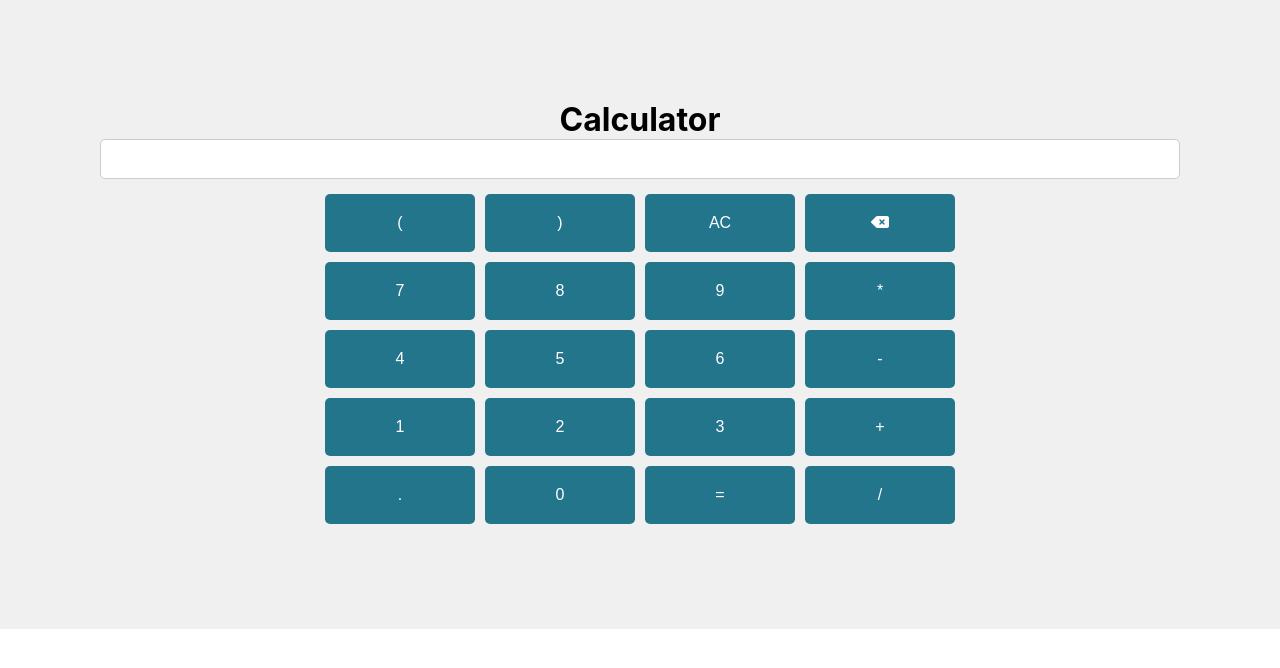
Repository: thesaherriaz/Calculator-React
Page: /
These files come from the project's save history. The page is drawn as it stood at one moment and after the next save; the edit follows.
The browser window is 1280 px wide. The pictures show the whole page.
The project was rebuilt for these pictures with package versions that can differ from the ones it lists, and the page was loaded fresh each time.

Above is the page before, as saved 2025-06-18 15:12:30.

### public/index.html
<!DOCTYPE html>
<html lang="en">
  <head>
    <meta charset="utf-8" />
    <link rel="icon" href="%PUBLIC_URL%/favicon.ico" />
    <meta name="viewport" content="width=device-width, initial-scale=1" />
    <meta name="theme-color" content="#000000" />
    <meta
      name="description"
      content="Web site created using create-react-app"
    />
    <link rel="apple-touch-icon" href="%PUBLIC_URL%/logo192.png" />
    <link rel="stylesheet" href="https://cdnjs.cloudflare.com/ajax/libs/font-awesome/6.0.0/css/all.min.css">
    <!--
      manifest.json provides metadata used when your web app is installed on a
      user's mobile device or desktop. See https://developers.google.com/web/fundamentals/web-app-manifest/
    -->
    <link rel="manifest" href="%PUBLIC_URL%/manifest.json" />
    <!--
      Notice the use of %PUBLIC_URL% in the tags above.
      It will be replaced with the URL of the `public` folder during the build.
      Only files inside the `public` folder can be referenced from the HTML.

      Unlike "/favicon.ico" or "favicon.ico", "%PUBLIC_URL%/favicon.ico" will
      work correctly both with client-side routing and a non-root public URL.
      Learn how to configure a non-root public URL by running `npm run build`.
    -->
    <title>React App</title>
  </head>
  <body>
    <noscript>You need to enable JavaScript to run this app.</noscript>
    <div id="root"></div>
    <!--
      This HTML file is a template.
      If you open it directly in the browser, you will see an empty page.

      You can add webfonts, meta tags, or analytics to this file.
      The build step will place the bundled scripts into the <body> tag.

      To begin the development, run `npm start` or `yarn start`.
      To create a production bundle, use `npm run build` or `yarn build`.
    -->
  </body>
</html>

### src/App.js
import React from 'react'
import Calculator from './compnents/Calculator'

function App() {
  return (
    <Calculator />
  )
}

export default App

### src/compnents/Calculator.jsx
import React from 'react'
import './Calculator.css'
function Calculator() {
  return (
    <>
        <div className="Calculator">
            <h1>Calculator</h1>
            <input className='input-box' type="text" name="input" id="input" />
            <div>
                <button className='btn-cal'>(</button>
                <button className='btn-cal'>)</button>
                <button className='btn-cal'>AC</button>
                <button className='btn-cal'><i class="fa-solid fa-delete-left"></i></button> <br />
                <button className='btn-cal'>7</button>
                <button className='btn-cal'>8</button>
                <button className='btn-cal'>9</button>
                <button className='btn-cal'>*</button> <br />
                <button className='btn-cal'>4</button>
                <button className='btn-cal'>5</button>
                <button className='btn-cal'>6</button>
                <button className='btn-cal'>-</button> <br />
                <button className='btn-cal'>1</button>
                <button className='btn-cal'>2</button>
                <button className='btn-cal'>3</button>
                <button className='btn-cal'>+</button> <br />
                <button className='btn-cal'>.</button>
                <button className='btn-cal'>0</button>
                <button className='btn-cal'>=</button>
                <button className='btn-cal'>/</button>
            </div>
        </div>
    </>
  )
}

export default Calculator

### src/compnents/Calculator.css
*{
    box-sizing: border-box;
    margin: 0;
    padding: 0;
}
.Calculator {
  display: flex;
  flex-direction: column;
  align-items: center;
  justify-content: center;
  /* height: 100vh; */
  background-color: #f0f0f0;
  padding: 100px;
}
.btn-cal{
  background-color: #23758c;
  width: 150px;
  color: white;
  border: none;
  padding: 20px;
  font-size: 16px;
  cursor: pointer;
  border-radius: 5px;
  margin: 5px;
  transition: background-color 0.3s ease;
}

.input-box {
  width: 100%;
  padding: 10px;
  font-size: 16px;
  border: 1px solid #ccc;
  border-radius: 5px;
  margin-bottom: 10px;
}

Loaded but not shown: src/index.js (common file); src/index.css (common file); src/reportWebVitals.js (common file)

After the next save:
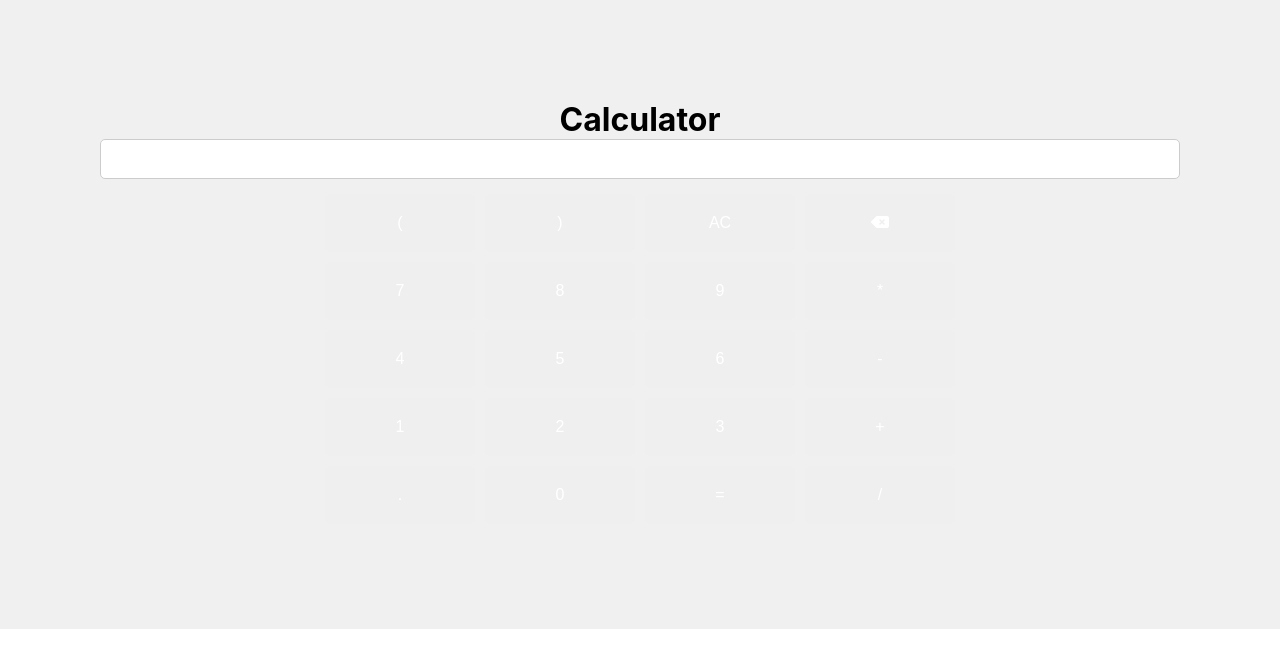
Saved 30 s later.
--- a/src/compnents/Calculator.css
+++ b/src/compnents/Calculator.css
@@ -13,7 +13,7 @@
   padding: 100px;
 }
 .btn-cal{
-  background-color: #23758c;
+  /* background-color: #23758c; */
   width: 150px;
   color: white;
   border: none;
